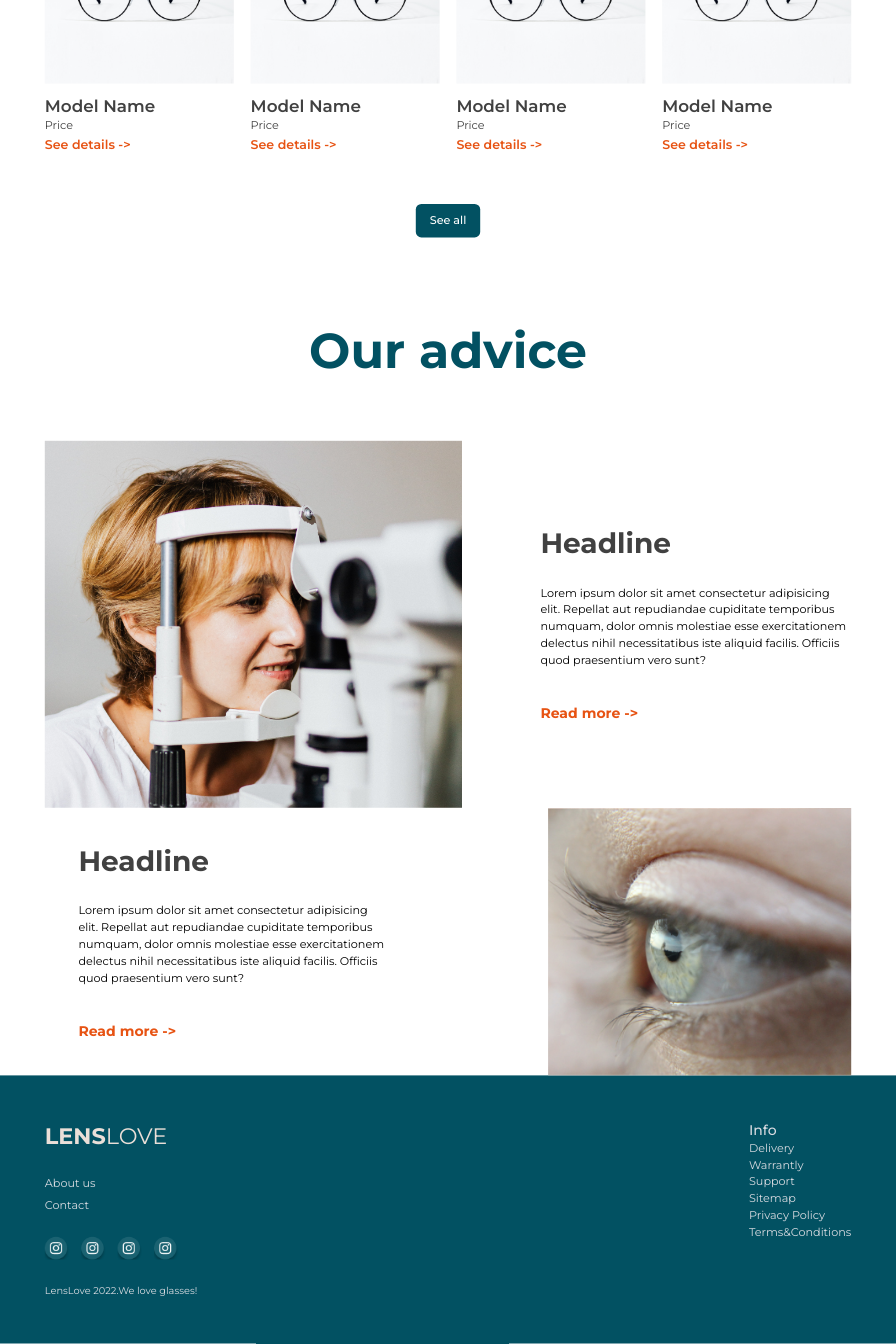
Repository: thienthanhvinh/glasses-react
Page: /
These files come from the project's save history. The page is drawn as it stood at one moment and after a run of saves; the edit follows.
The browser window is 1280 px wide. The pictures show the part of the page from y = 3725 to 5645 px (the page is 5645 px tall), at 70% of full size.
The project was rebuilt for these pictures with package versions that can differ from the ones it lists, and the page was loaded fresh each time. Also part of the build but not shown: src/App.css, src/components/common/FormGroup.js, src/components/input/Input.js, src/components/label/Label.js, src/hooks/useDarkMode.js, src/layout/LayoutAuthentication.js, src/components/icons/IconEyeToggle.js, src/pages/SignInPage.js and 1 more.

Above is the page before, as saved 2023-02-13 10:26:59.

After the next 2 saves:
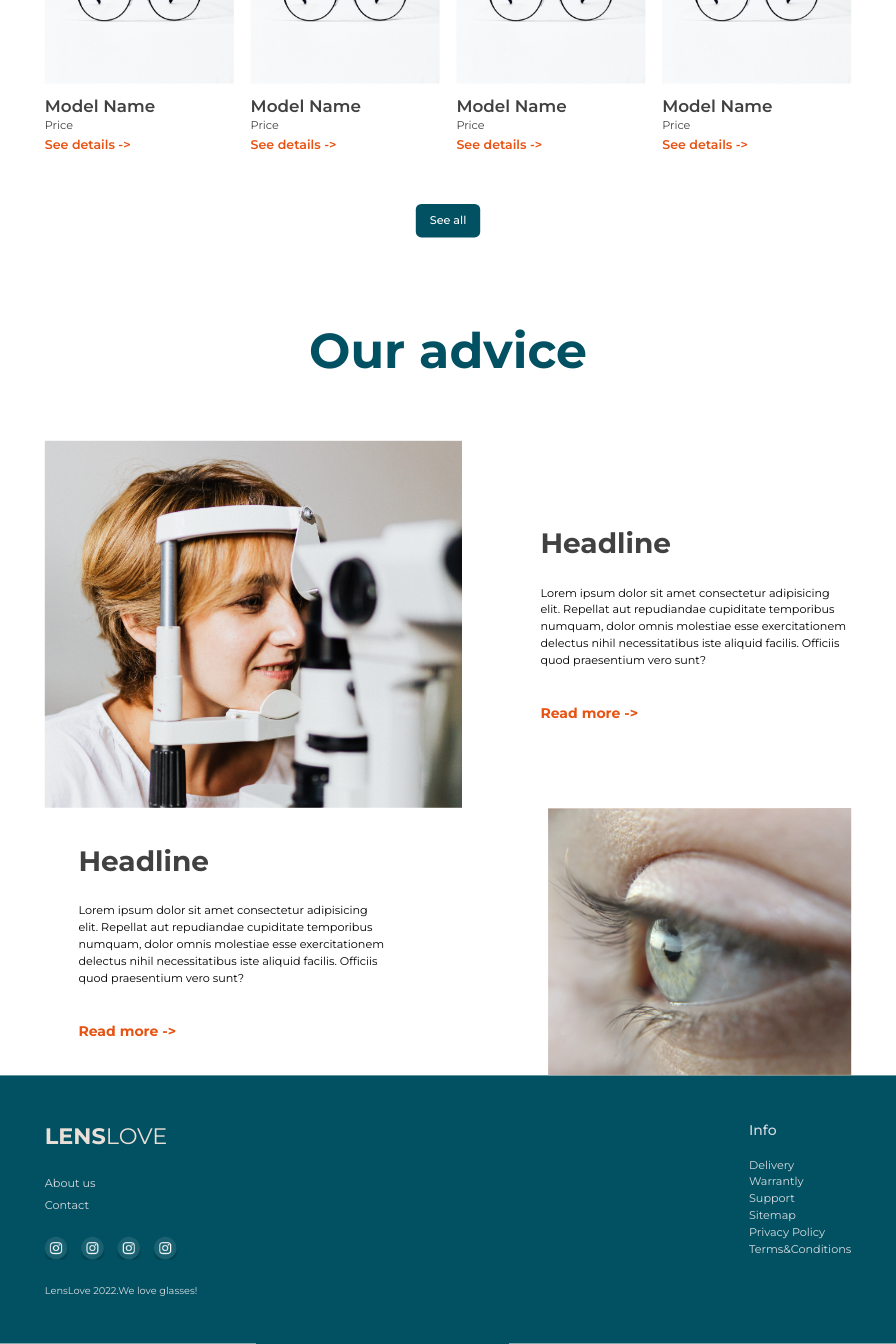
The 2 saves are shown as one change because they came seconds apart.
The last was saved 14 s later.
--- a/src/layout/LayoutFooter.js
+++ b/src/layout/LayoutFooter.js
@@ -18,7 +18,7 @@ const LayoutFooter = () => {
             </div>
             <div>
                 <div>
-                    <h3 className='font-medium text-xl'>Info</h3>
+                    <h3 className='font-medium text-xl mb-6'>Info</h3>
                     <p>Delivery</p>
                     <p>Warrantly</p>
                     <p>Support</p>
